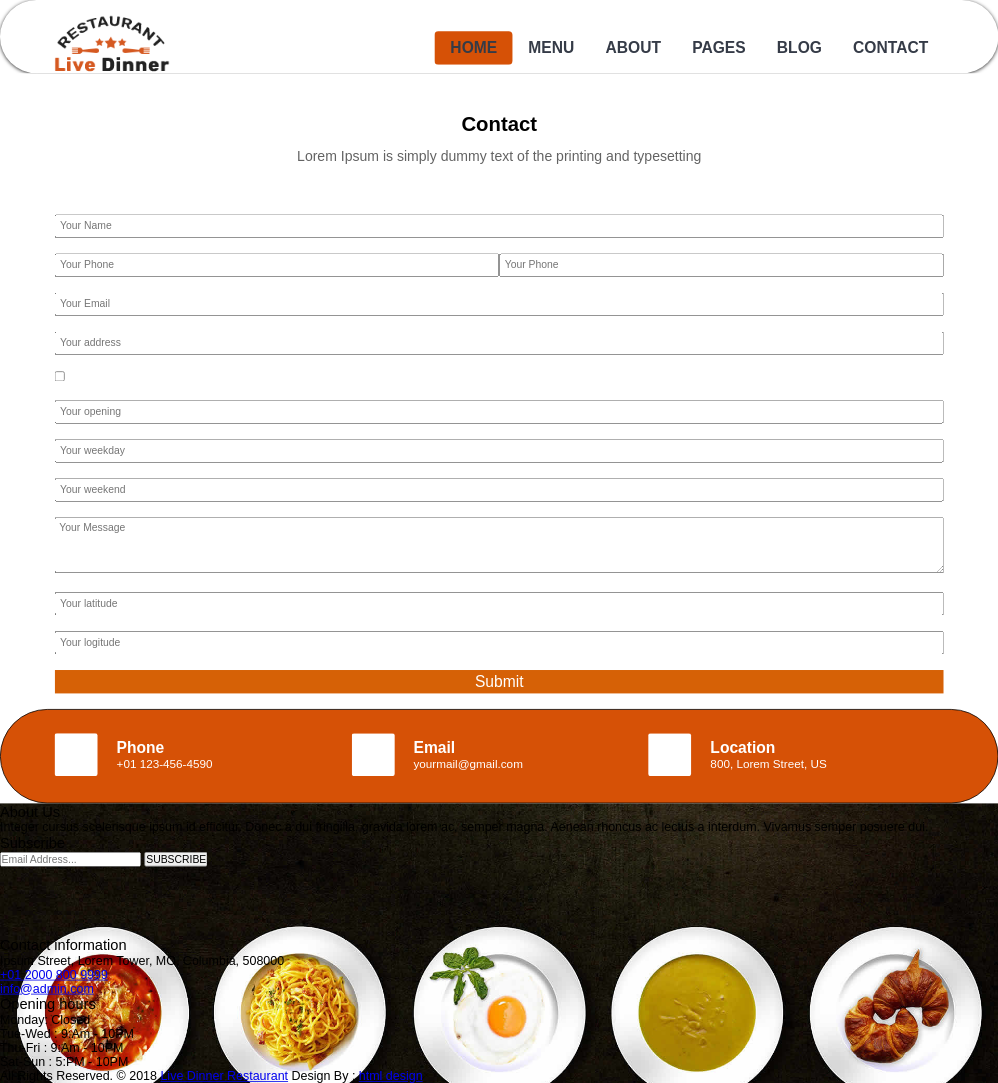
Repository: Hoa7604/kist_Java
Page: http://localhost/jdbc1/contact/list
The author's editor kept a copy of each file at every save. The page is drawn from the files as they stood at one save, then again after the next save.
The browser window is 1280 px wide. The pictures show the whole page, at 78% of full size.
The page is served by Tomcat 9. Queries for data that is not in the repository find no rows.

Above is the page before, as saved 2020-08-14 08:53:50.

After the next save:
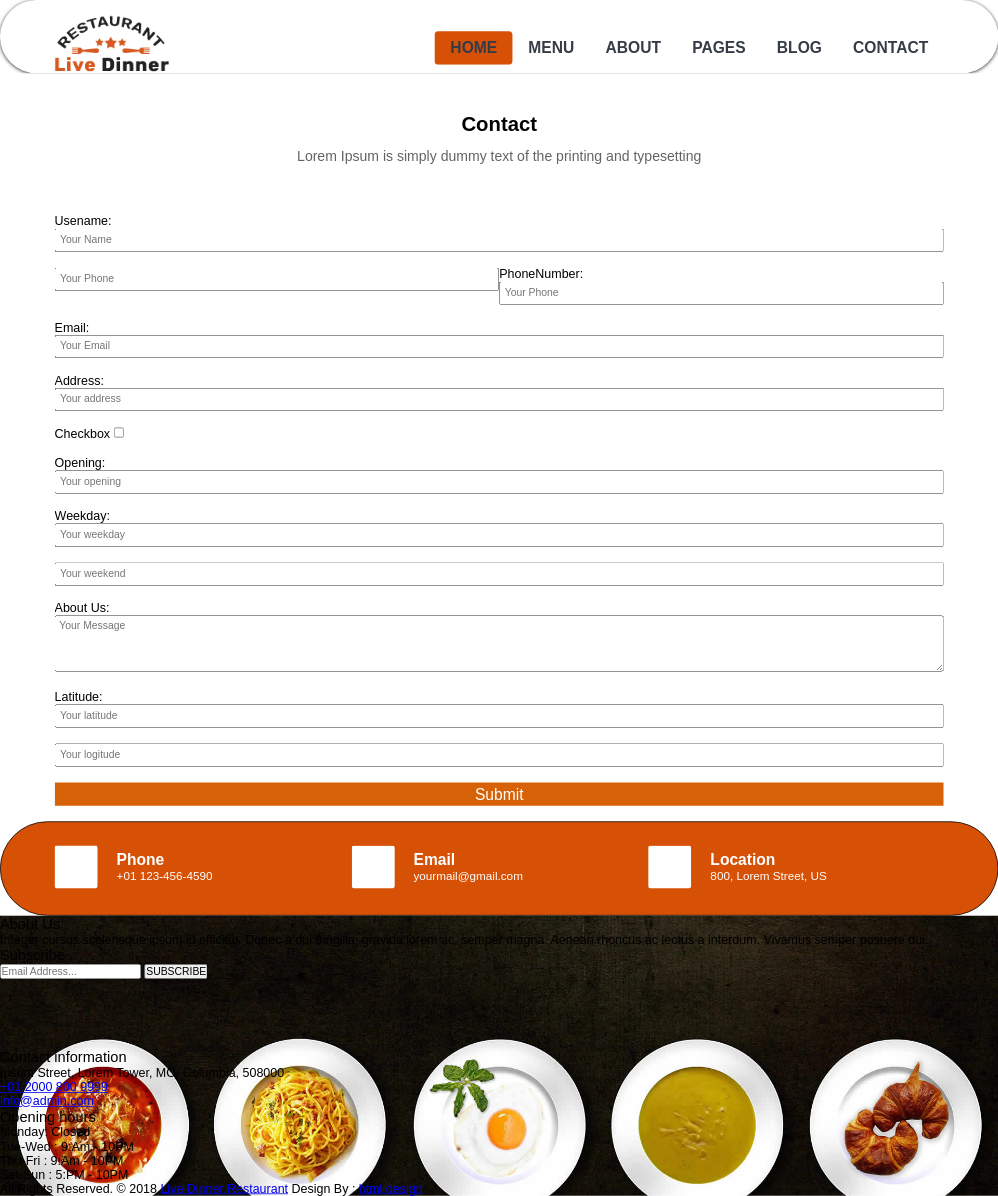
Saved 5 min 38 s later.
--- a/pho/jdbc1/WebContent/WEB-INF/views/contact.jsp
+++ b/pho/jdbc1/WebContent/WEB-INF/views/contact.jsp
@@ -112,42 +112,49 @@
 						<div class="wrap-sub-form">
 							<div class="wrap wrap-user">
 								<div class=" box user-box">
+									Usename:
 									<input type="text" id="name" name="name" placeholder="Your Name" required data-error="Please enter your name">
 									<div ></div>
 								</div>
 							</div>
 							<div class="wrap  wrap-phone">
 								<div class="box phone-box">
+									PhoneNumber:
 									<input type="phone" id="priphone" name="priphone" placeholder="Your Phone" required data-error="Please enter your priphone">
 									<input type="phone" id="subphone" name="subphone" placeholder="Your Phone" data-error="Please enter your subphone">
 								</div>
 							</div>
 							<div class="wrap  wrap-mail">
 								<div class="box email-box">
+									Email:
 									<input type="text" placeholder="Your Email" id="email" name="name" required data-error="Please enter your email">
 									<div ></div>
 								</div>
 							</div>
 							<div class="wrap  wrap-address">
 								<div class="box address-box">
+									Address:
 									<input type="text" placeholder="Your address" id="address" name="address" required data-error="Please enter your email">
 									<div ></div>
 								</div>
 							</div>
 							<div class="wrap  wrap-check">
 								<div class="box check-box">
+									Checkbox
 									<input type="checkbox" id="unused" name="unused"  data-error="Please enter your check">
 									<div ></div>
 								</div>
 							</div>
 							<div class="wrap  wrap-opening">
 								<div class="box opening-box">
+									Opening:
 									<input type="text" placeholder="Your opening" id="opening" name="opening" required data-error="Please enter your opening">
 									<div ></div>
 								</div>
 							</div>
 							<div class="wrap  wrap-weekday">
 								<div class="box weekday-box">
+									Weekday:
 									<input type="text" placeholder="Your weekday" id="weekday" name="weekday" required data-error="Please enter your weekday">
 									<div ></div>
 								</div>
@@ -160,12 +167,14 @@
 							</div>
 							<div class="wrap  wrap-aboutus" >
 								<div class="box aboutus-box">
+									About Us:
 									<textarea id="aboutus" placeholder="Your Message" rows="4" data-error="Write your message" required></textarea>
 									<div ></div>
 								</div>
 							</div>
 							<div class="wrap  wrap-latitude">
 								<div class="box latitude-box">
+									Latitude:
 									<input type="text" placeholder="Your latitude" id="latitude" name="latitude" required data-error="Please enter your latitude">
 									<div ></div>
 								</div>
